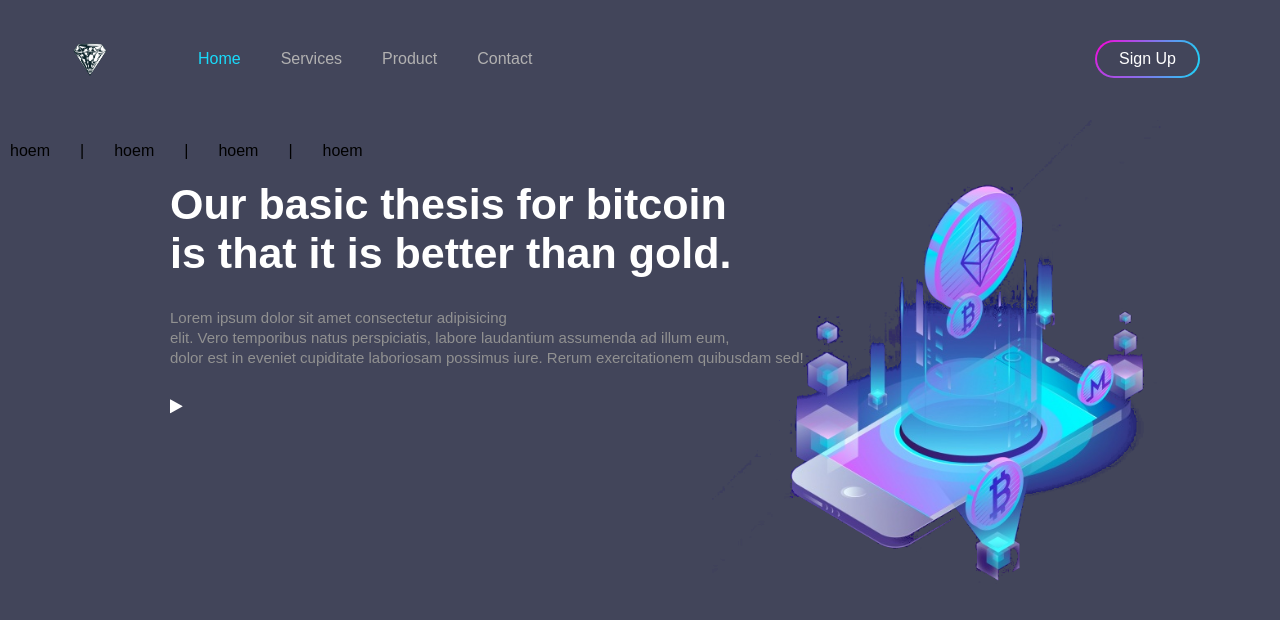
Repository: Aakarshit-Sharma19/Basic-HTML-and-CSS-Page-
Page: index.html
An editor plug-in stored every save of this project. The page is shown before and after the next save, followed by the edit.
The browser window is 1280 px wide. The pictures show the whole page.

Above is the page before, as saved 2020-11-10 16:40:55.

### index.html
<!DOCTYPE html>
<html lang="en">

<head>
    <title>Crypto Currency Web App - Easy Tutorials</title>
    <link rel="stylesheet" href="style.css">
    <link rel="stylesheet" href="https://stackpath.bootstrapcdn.com/font-awesome/4.7.0/css/font-awesome.min.css">
</head>

<body>
    <div class="container">
        <div class="menu">
            <ul>
                <li class="logo"><img src="1349.png" alt="diamond"></li>
                <li class="active">Home</li>
                <li>Services</li>
                <li>Product</li>
                <li>Contact</li>
                <li><a href="#" class="signup-btn"><span>Sign Up</span></a></li>
            </ul>
        </div>
        <div class="banner">
            <div class="app-text">
                <h1>Our basic thesis for bitcoin <br> is that it is better than gold.</h1>
                <p>Lorem ipsum dolor sit amet consectetur adipisicing <br>elit. Vero temporibus natus perspiciatis,
                    labore
                    laudantium assumenda ad illum eum,<br>  dolor est in eveniet cupiditate laboriosam possimus iure.
                    Rerum
                    exercitationem quibusdam sed!</p>
                <div class="play-btn">
                    <div class="play-btn-inner"><i class="fa fa-play" aria-hidden="true"></i>
                    </div>
                </div>
            </div>
            <div class="app-picture">
                <img src="background.png" alt="">
            </div>
        </div>
        <div class="cont">
            <ul class="test">
                <li>hoem</li>
                <li>|</li>
                <li>hoem</li>
                <li>|</li>
                <li>hoem</li>
                <li>|</li>
                <li>hoem</li>
            </ul>
        </div>
    </div>
</body>

</html>

### style.css
* {
    margin: 0;
    padding: 0;
    font-family: sans-serif;
}

body{
    background: #42455a;
}
.container{
    width: 100%;
    height: 100%;
}

.menu ul{
    display: inline-flex;
    margin: 50px;
}

.menu ul li{
    list-style: none;
    margin: 0 20px;
    color: #b2b1b1;
    cursor: pointer;
}

.logo img{
    width: 40px;
    margin-top: -12px;
    margin-right: 48px;
}

.active{
    color: #19dafa!important;
}

.signup-btn{
    top: 40px;
    right: 80px;
    position: absolute;
    text-decoration: none;
    color: #fff;
    border: 2px solid transparent;
    border-radius: 20px;
    background-image: linear-gradient(#42455a, #42455a), radial-gradient(circle at top left, #fd00da, #19d7f8);
    background-origin: border-box;
    background-clip: content-box,border-box;
}

.signup-btn span{
    display: block;
    padding: 8px 22px;
}

.banner{
    width: 80%;
    height: 70%;
    top: 25%;
    left: 130px;
    position: absolute;
    color: #fff;
}

.app-text{
    width: 50%;
    float: left;
}

.app-text h1{
    font-size: 43px;
    width: 640px;
    position: relative;
    margin-left: 40px;
}

.app-text p{
    font-size: 15px;
    width: 650px;
    margin: 30px 0 30px 40px;
    line-height: 20px;
    color: #919191;
}

.app-picture{
    width: 50%;
    float: right;
}

.app-picture img{
    width: 100%;
    margin-top: -60px;
    padding-left: 70px;
}

.play-btn{
    margin-left: 40px;
    display: inline-flex;
}

.test {
    flex-direction: row;
    display: inline-flex;
}

.test li {
    list-style: none;
    margin-right: 10px;
    padding: 10px;
}

.test li:hover{
    color: #19d7f8;
}

After the next save:
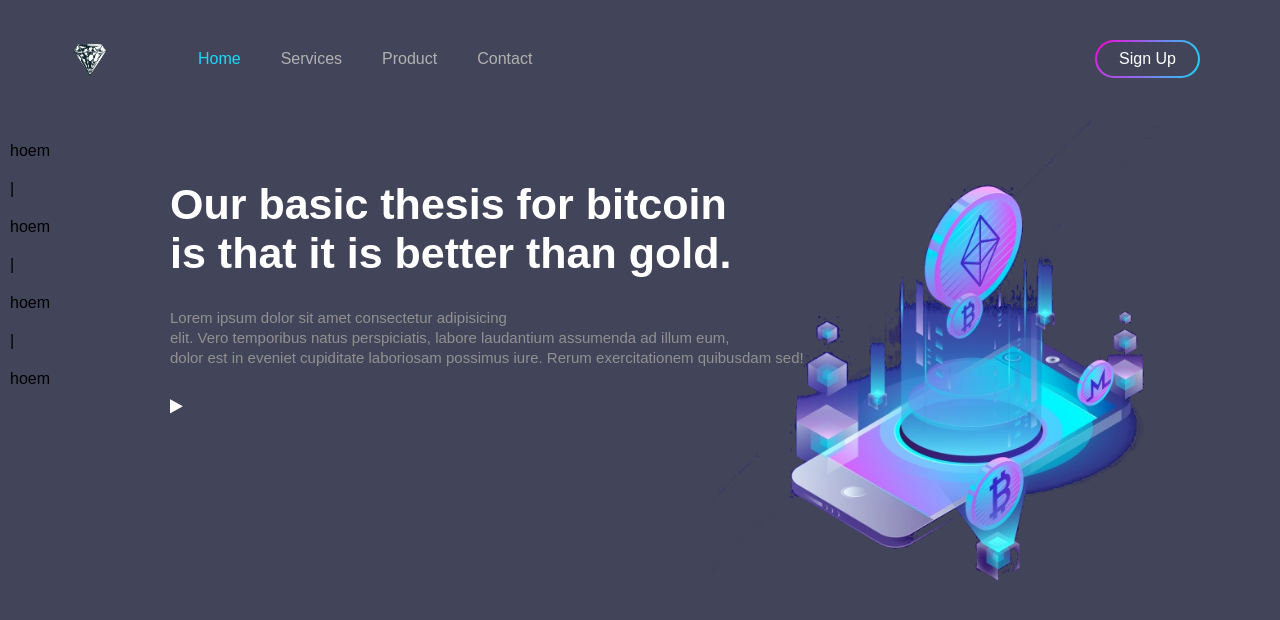
Saved 47 s later.
--- a/style.css
+++ b/style.css
@@ -99,15 +99,12 @@
 
 .test {
     flex-direction: row;
-    display: inline-flex;
 }
-
 .test li {
     list-style: none;
     margin-right: 10px;
     padding: 10px;
 }
-
 .test li:hover{
     color: #19d7f8;
 }

After the 2 saves that followed:
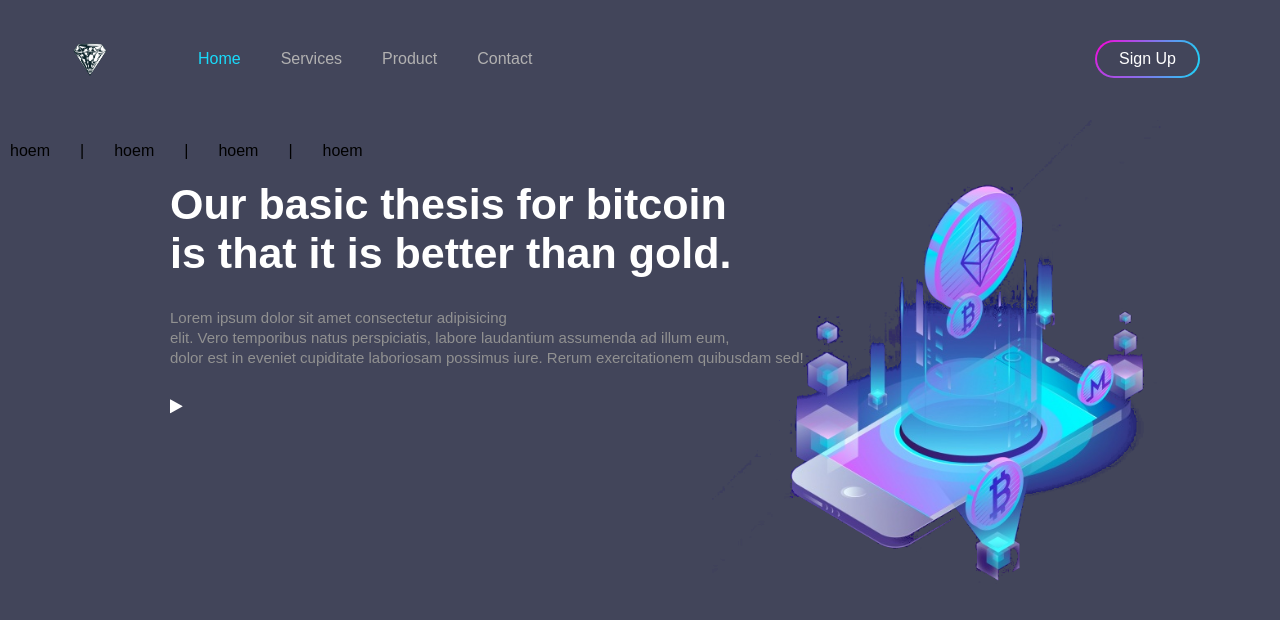
The 2 saves are shown as one change because 1 left the picture as it was.
The last was saved 20 s later.
--- a/style.css
+++ b/style.css
@@ -98,6 +98,7 @@
 }
 
 .test {
+    display: flex;
     flex-direction: row;
 }
 .test li {
